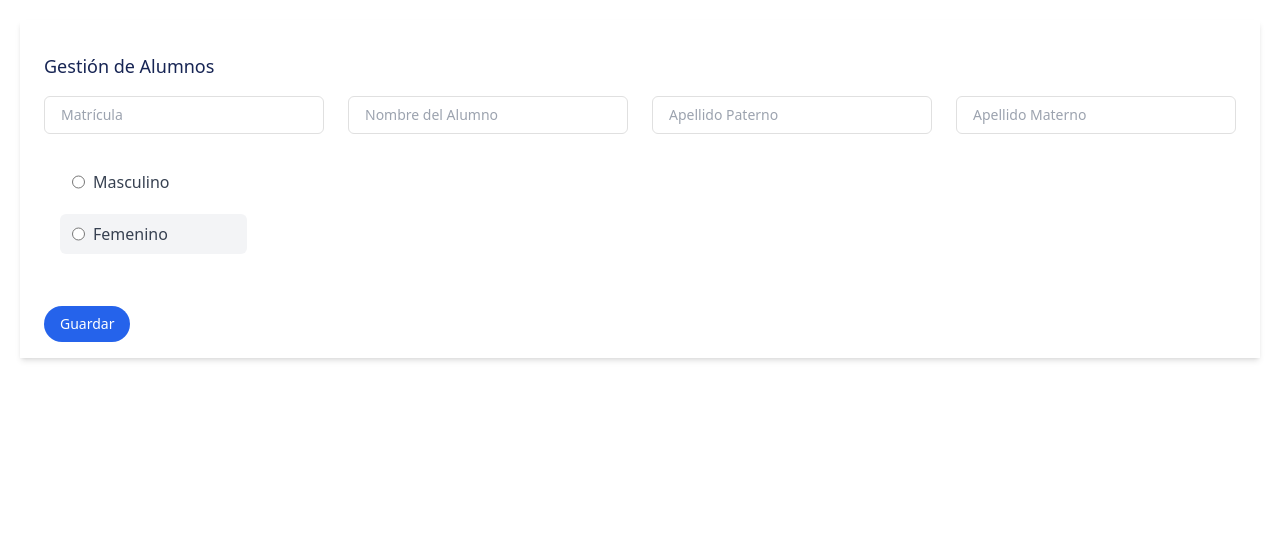
Repository: AlanColliDev/tech-front
Page: /
The author's editor kept a copy of each file at every save. The page is drawn from the files as they stood at one save, then again after the next save.
The browser window is 1280 px wide. The pictures show the whole page.
Pictures or frames that could not be fetched are drawn as grey boxes. The project was rebuilt for these pictures with package versions that can differ from the ones it lists, and the page was loaded fresh each time. Also part of the build but not shown: vite.config.js.

Above is the page before, as saved 2023-04-19 00:48:52.

After the next save:
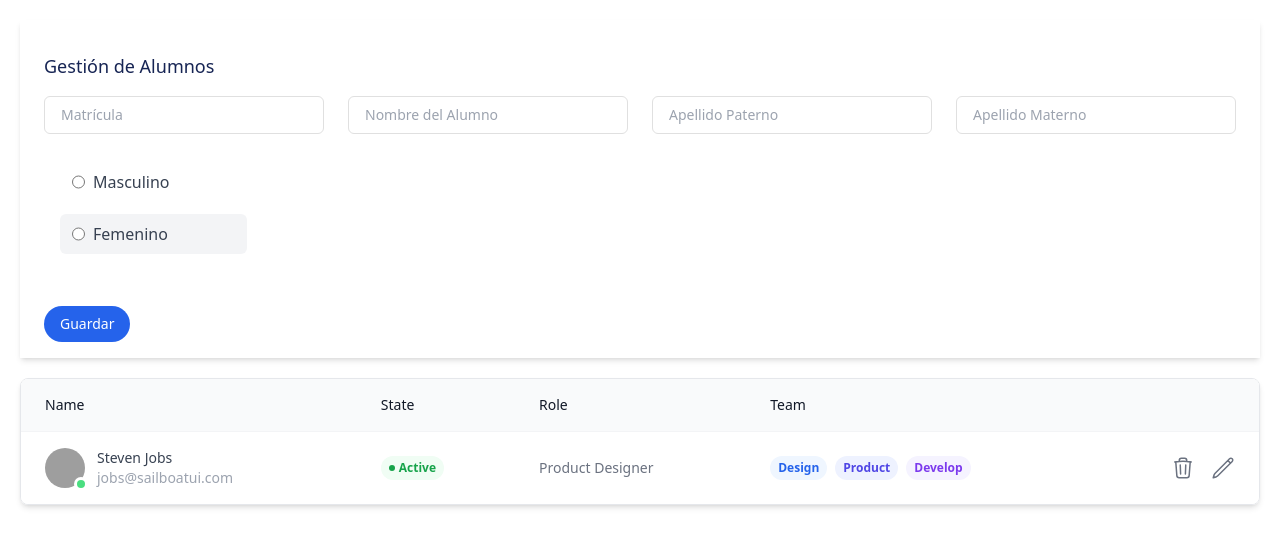
Saved 8 s later.
--- a/src/App.jsx
+++ b/src/App.jsx
@@ -1,9 +1,11 @@
 import { FormAlumno } from "./FormAlumno"
+import { GridAlumno } from "./GridAlumno"
 
 export const App = () => {
 	return (<>
 
 		<FormAlumno />
+		<GridAlumno />
 
 	</>)
 }
